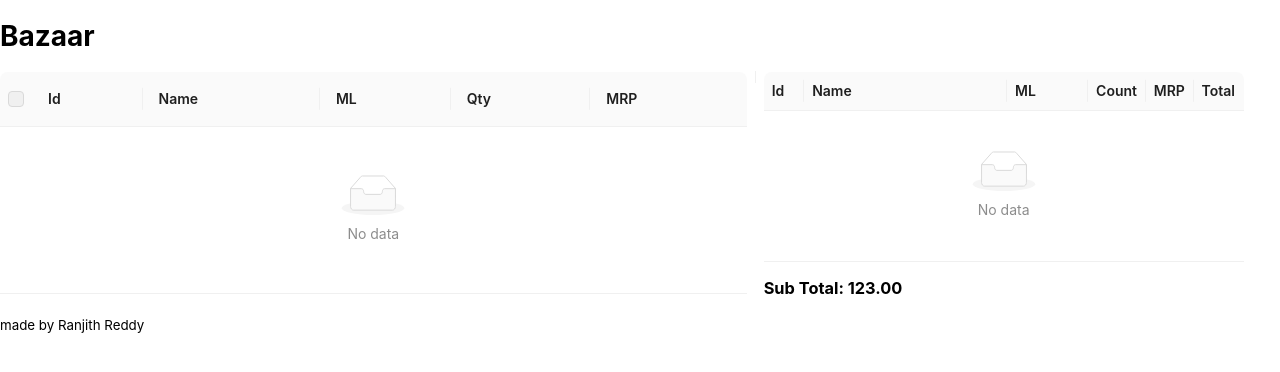
Repository: rxg8255/bazaar
Page: /
The author's editor kept a copy of each file at every save. The page is drawn from the files as they stood at one save, then again after a run of saves.
The browser window is 1280 px wide. The pictures show the whole page.
The page's requests for data from a server got no answer. The project was rebuilt for these pictures with package versions that can differ from the ones it lists, and the page was loaded fresh each time. No one was signed in, and anything a server would have sent is missing. Also part of the build but not shown: src/App.css.

Above is the page before, as saved 2024-01-23 10:37:54.

After the next 2 saves:
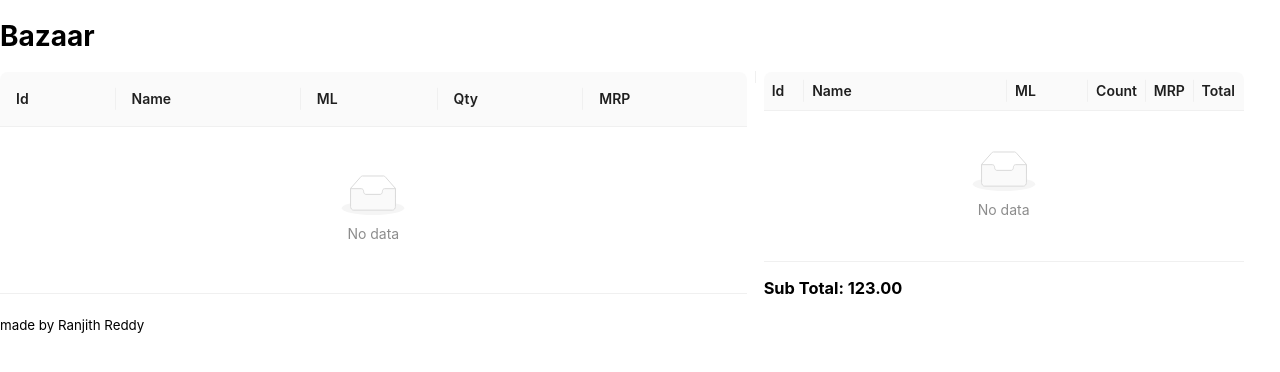
The 2 saves are shown as one change because 1 did not build or start.
The last was saved 4 days later.
--- a/src/Products.js
+++ b/src/Products.js
@@ -46,37 +46,37 @@ function Product(props) {
     fetchData();
   }, []);
 
-  const rowSelection = {
-    onChange: async (selectedRowKeys, selectedRows) => {
-      const updatedRows = selectedRows;
-      await selectedRows.map(
-        (item) => (item["total_price"] = Number(item["mrp_price"]))
-      );
-      updatedRows.map((item) => (item["count_value"] = 1));
-      await updatedRows.map(
-        (item) =>
-          (item["count"] = (
-            <InputNumber
-              name="name"
-              min={1}
-              max={item.available}
-              defaultValue={1}
-              onChange={(e) => {
-                item["count_value"] = e;
-                item["total_price"] = e * item.mrp_price;
-                props.onData(updatedRows);
-              }}
-            />
-          ))
-      );
-      await props.onData(selectedRows);
-      //   await this.setState({ selectedData: selectedRows });
-    },
-  };
+  //   const rowSelection = {
+  //     onChange: async (selectedRowKeys, selectedRows) => {
+  //       const updatedRows = selectedRows;
+  //       await selectedRows.map(
+  //         (item) => (item["total_price"] = Number(item["mrp_price"]))
+  //       );
+  //       updatedRows.map((item) => (item["count_value"] = 1));
+  //       await updatedRows.map(
+  //         (item) =>
+  //           (item["count"] = (
+  //             <InputNumber
+  //               name="name"
+  //               min={1}
+  //               max={item.available}
+  //               defaultValue={1}
+  //               onChange={(e) => {
+  //                 item["count_value"] = e;
+  //                 item["total_price"] = e * item.mrp_price;
+  //                 props.onData(updatedRows);
+  //               }}
+  //             />
+  //           ))
+  //       );
+  //       await props.onData(selectedRows);
+  //       //   await this.setState({ selectedData: selectedRows });
+  //     },
+  //   };
 
   return (
     <div>
-      <Table columns={columns} dataSource={data} rowSelection={rowSelection} />
+      <Table columns={columns} dataSource={data} />
     </div>
   );
 }
